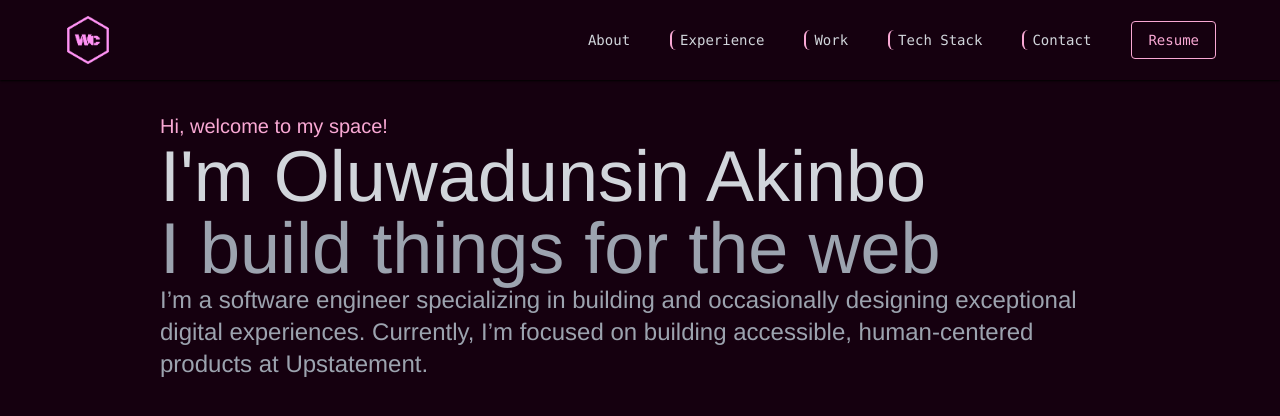
Repository: EmmyDunny1/myPortfolio
Page: / (app in MyPortfolio/)
An editor plug-in stored every save of this project. The page is shown before and after the next save, followed by the edit.
The browser window is 1280 px wide. The pictures show the whole page.
The project was rebuilt for these pictures with package versions that can differ from the ones it lists, and the page was loaded fresh each time. Also part of the build but not shown: MyPortfolio/vite.config.js.

Above is the page before, as saved 2025-01-13 10:47:40.

After the next save:
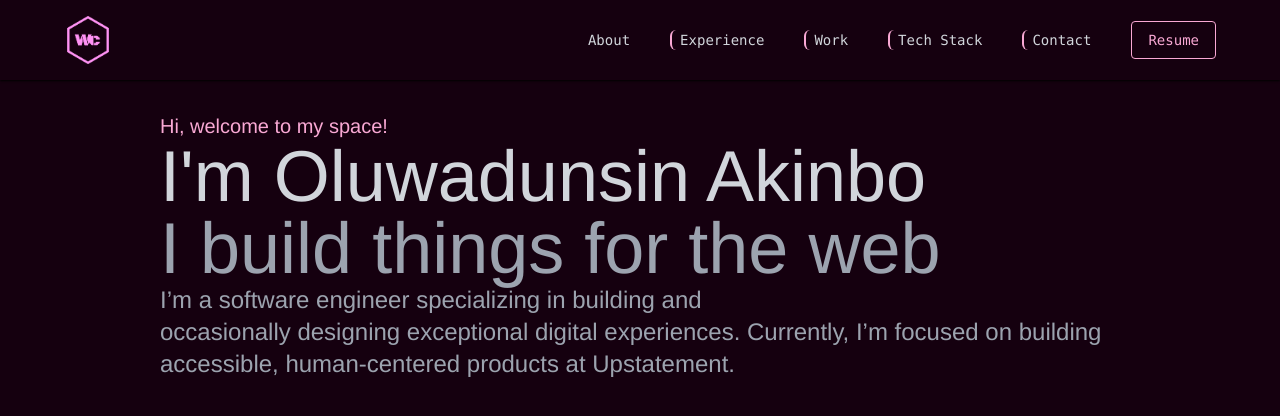
Saved 71 s later.
--- a/MyPortfolio/src/components/HeroSection.jsx
+++ b/MyPortfolio/src/components/HeroSection.jsx
@@ -9,7 +9,7 @@
         <h1 className='text-7xl text-gray-300 '>I'm Oluwadunsin Akinbo</h1>
         <h2 className='text-7xl text-gray-400'>I build things for the web</h2>
 
-        <p className='text-2xl text-gray-400'>I’m a software engineer specializing in building and occasionally designing exceptional digital experiences. Currently, I’m focused on building accessible, human-centered products at Upstatement.</p>
+        <p className='text-2xl text-gray-400'>I’m a software engineer specializing in building and <br />occasionally designing exceptional digital experiences. Currently, I’m focused on building accessible, human-centered products at Upstatement.</p>
 
 
       </div>
